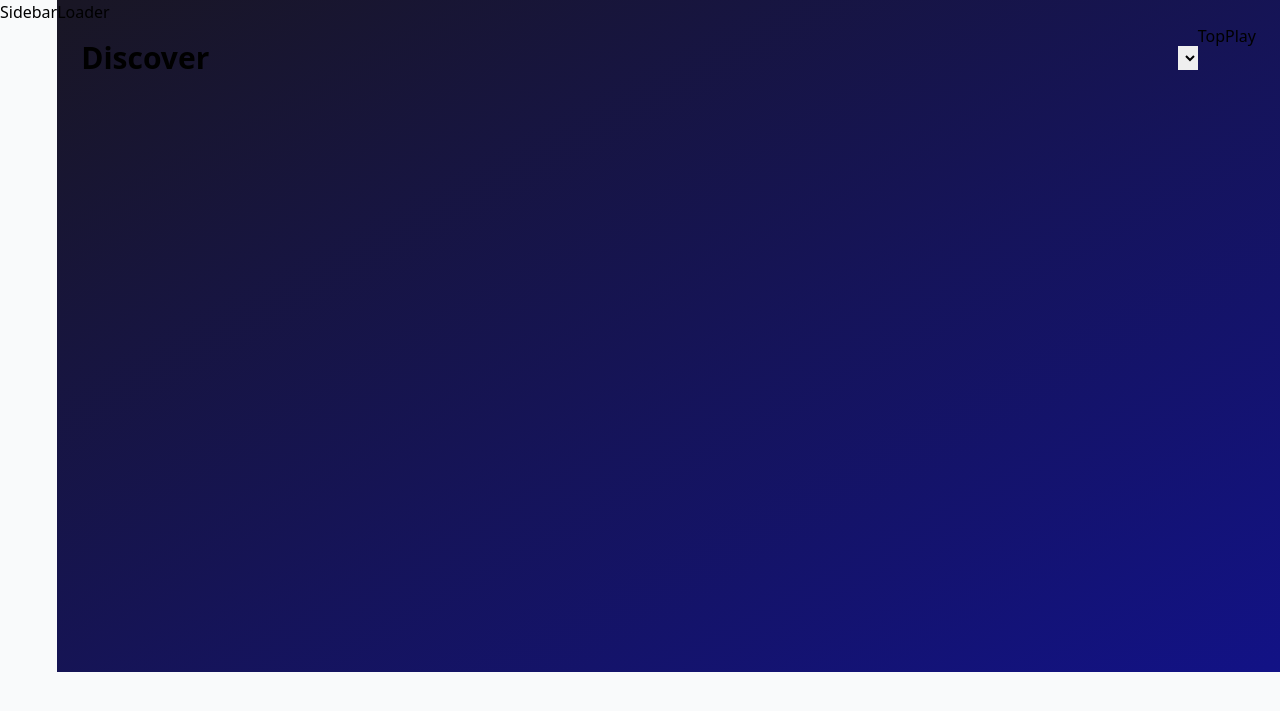
Repository: Chris24T/Dotify
Page: /
These files come from the project's save history. The page is drawn as it stood at one moment and after the next save; the edit follows.
The browser window is 1280 px wide. The pictures show the whole page.
The project was rebuilt for these pictures with package versions that can differ from the ones it lists, and the page was loaded fresh each time. Also part of the build but not shown: vite.config.js, src/components/SongCard.jsx, src/components/ArtistCard.jsx, src/components/DetailsHeader.jsx, src/components/PlayPause.jsx, src/components/SongBar.jsx, src/components/RelatedSongs.jsx, src/components/MusicPlayer/Controls.jsx and 13 more.

Above is the page before, as saved 2022-12-03 20:33:46.

After the next save:
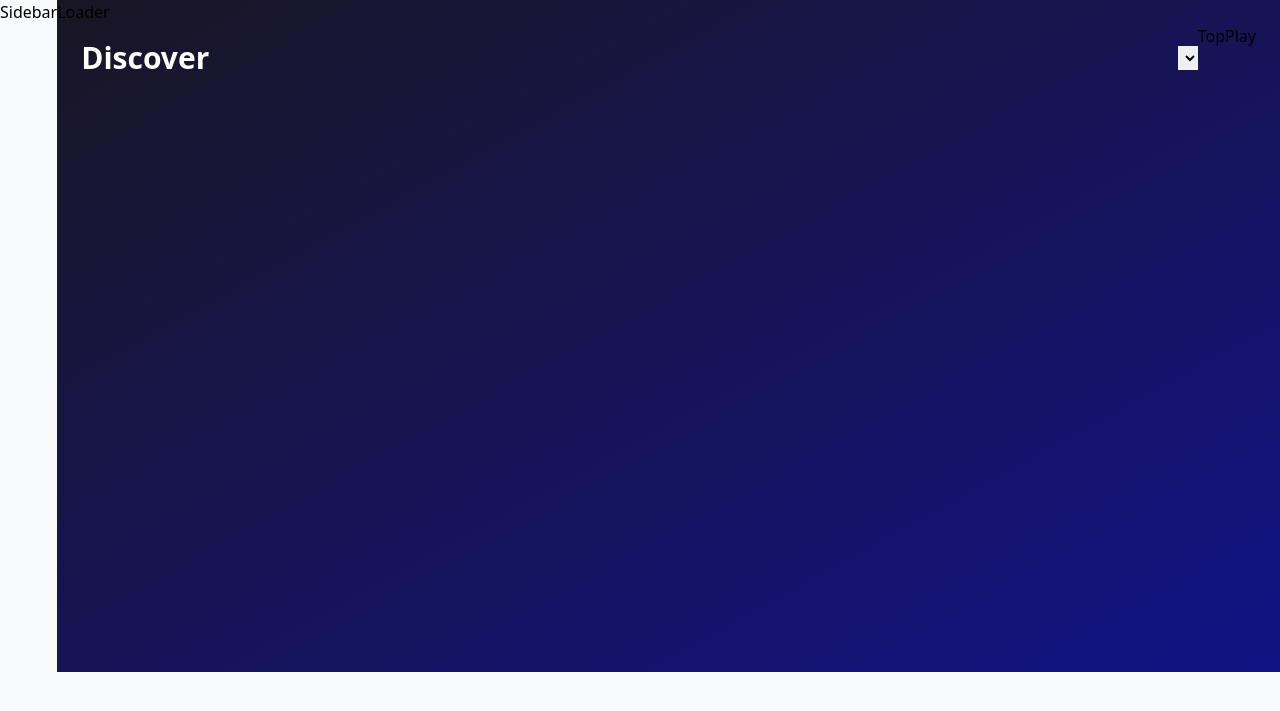
Saved 9 s later.
--- a/src/pages/Discover.jsx
+++ b/src/pages/Discover.jsx
@@ -5,7 +5,7 @@ const Discover = () => {
   return (
     <div className="flex flex-col">
       <div className="w-full flex justify-between items-center sm:flex-row flex-col mt-4 mb-10">
-        <h2 className="font-bold text-3xl">Discover</h2>
+        <h2 className="font-bold text-3xl text-white text-left">Discover</h2>
         <select></select>
       </div>
     </div>
